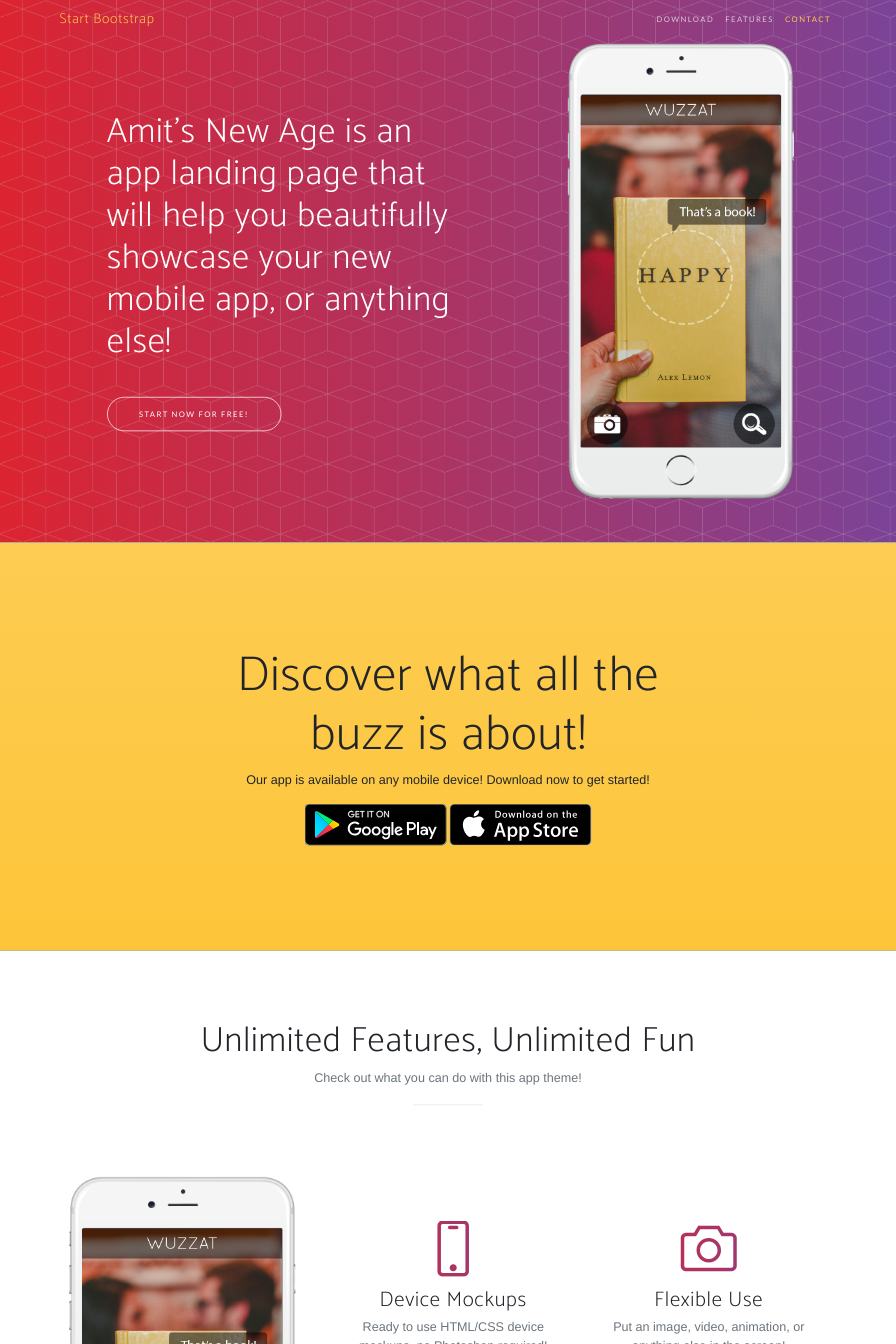
Repository: RonenAmit2/test2
Page: startbootstrap-new-age-gh-pages/index.html
The author's editor kept a copy of each file at every save. The page is drawn from the files as they stood at one save, then again after the next save.
The browser window is 1280 px wide. The pictures show the part of the page from y = 0 to 1920 px (the page is 3657 px tall), at 70% of full size.
Some web fonts or font styles are not loaded; a fallback is used.

Above is the page before, as saved 2018-08-06 18:50:22.

### startbootstrap-new-age-gh-pages/index.html
<!DOCTYPE html>
<html lang="en">

  <head>

    <meta charset="utf-8">
    <meta name="viewport" content="width=device-width, initial-scale=1, shrink-to-fit=no">
    <meta name="description" content="">
    <meta name="author" content="">

    <title>amit's site</title>

    <!-- Bootstrap core CSS -->
    <link href="vendor/bootstrap/css/bootstrap.min.css" rel="stylesheet">

    <!-- Custom fonts for this template -->
    <link rel="stylesheet" href="vendor/font-awesome/css/font-awesome.min.css">
    <link rel="stylesheet" href="vendor/simple-line-icons/css/simple-line-icons.css">
    <link href="https://fonts.googleapis.com/css?family=Lato" rel="stylesheet">
    <link href="https://fonts.googleapis.com/css?family=Catamaran:100,200,300,400,500,600,700,800,900" rel="stylesheet">
    <link href="https://fonts.googleapis.com/css?family=Muli" rel="stylesheet">

    <!-- Plugin CSS -->
    <link rel="stylesheet" href="device-mockups/device-mockups.min.css">

    <!-- Custom styles for this template -->
    <link href="css/new-age.min.css" rel="stylesheet">

  </head>

  <body id="page-top">

    <!-- Navigation -->
    <nav class="navbar navbar-expand-lg navbar-light fixed-top" id="mainNav">
      <div class="container">
        <a class="navbar-brand js-scroll-trigger" href="#page-top">Start Bootstrap</a>
        <button class="navbar-toggler navbar-toggler-right" type="button" data-toggle="collapse" data-target="#navbarResponsive" aria-controls="navbarResponsive" aria-expanded="false" aria-label="Toggle navigation">
          Menu
          <i class="fa fa-bars"></i>
        </button>
        <div class="collapse navbar-collapse" id="navbarResponsive">
          <ul class="navbar-nav ml-auto">
            <li class="nav-item">
              <a class="nav-link js-scroll-trigger" href="#download">Download</a>
            </li>
            <li class="nav-item">
              <a class="nav-link js-scroll-trigger" href="#features">Features</a>
            </li>
            <li class="nav-item">
              <a class="nav-link js-scroll-trigger" href="#contact">Contact</a>
            </li>
          </ul>
        </div>
      </div>
    </nav>

    <header class="masthead">
      <div class="container h-100">
        <div class="row h-100">
          <div class="col-lg-7 my-auto">
            <div class="header-content mx-auto">
              <h1 class="mb-5">Amit's New Age is an app landing page that will help you beautifully showcase your new mobile app, or anything else!</h1>
              <a href="#download" class="btn btn-outline btn-xl js-scroll-trigger">Start Now for Free!</a>
            </div>
          </div>
          <div class="col-lg-5 my-auto">
            <div class="device-container">
              <div class="device-mockup iphone6_plus portrait white">
                <div class="device">
                  <div class="screen">
                    <!-- Demo image for screen mockup, you can put an image here, some HTML, an animation, video, or anything else! -->
                    <img src="img/demo-screen-1.jpg" class="img-fluid" alt="">
                  </div>
                  <div class="button">
                    <!-- You can hook the "home button" to some JavaScript events or just remove it. -->
                  </div>
                </div>
              </div>
            </div>
          </div>
        </div>
      </div>
    </header>

    <section class="download bg-primary text-center" id="download">
      <div class="container">
        <div class="row">
          <div class="col-md-8 mx-auto">
            <h2 class="section-heading">Discover what all the buzz is about!</h2>
            <p>Our app is available on any mobile device! Download now to get started!</p>
            <div class="badges">
              <a class="badge-link" href="#"><img src="img/google-play-badge.svg" alt=""></a>
              <a class="badge-link" href="#"><img src="img/app-store-badge.svg" alt=""></a>
            </div>
          </div>
        </div>
      </div>
    </section>

    <section class="features" id="features">
      <div class="container">
        <div class="section-heading text-center">
          <h2>Unlimited Features, Unlimited Fun</h2>
          <p class="text-muted">Check out what you can do with this app theme!</p>
          <hr>
        </div>
        <div class="row">
          <div class="col-lg-4 my-auto">
            <div class="device-container">
              <div class="device-mockup iphone6_plus portrait white">
                <div class="device">
                  <div class="screen">
                    <!-- Demo image for screen mockup, you can put an image here, some HTML, an animation, video, or anything else! -->
                    <img src="img/demo-screen-1.jpg" class="img-fluid" alt="">
                  </div>
                  <div class="button">
                    <!-- You can hook the "home button" to some JavaScript events or just remove it -->
                  </div>
                </div>
              </div>
            </div>
          </div>
          <div class="col-lg-8 my-auto">
            <div class="container-fluid">
              <div class="row">
                <div class="col-lg-6">
                  <div class="feature-item">
                    <i class="icon-screen-smartphone text-primary"></i>
                    <h3>Device Mockups</h3>
                    <p class="text-muted">Ready to use HTML/CSS device mockups, no Photoshop required!</p>
                  </div>
                </div>
                <div class="col-lg-6">
                  <div class="feature-item">
                    <i class="icon-camera text-primary"></i>
                    <h3>Flexible Use</h3>
                    <p class="text-muted">Put an image, video, animation, or anything else in the screen!</p>
                  </div>
                </div>
              </div>
              <div class="row">
                <div class="col-lg-6">
                  <div class="feature-item">
                    <i class="icon-present text-primary"></i>
                    <h3>Free to Use</h3>
                    <p class="text-muted">As always, this theme is free to download and use for any purpose!</p>
                  </div>
                </div>
                <div class="col-lg-6">
                  <div class="feature-item">
                    <i class="icon-lock-open text-primary"></i>
                    <h3>Open Source</h3>
                    <p class="text-muted">Since this theme is MIT licensed, you can use it commercially!</p>
                  </div>
                </div>
              </div>
            </div>
          </div>
        </div>
      </div>
    </section>

    <section class="cta">
      <div class="cta-content">
        <div class="container">
          <h2>Stop waiting.<br>Start building.</h2>
          <a href="#contact" class="btn btn-outline btn-xl js-scroll-trigger">Let's Get Started!</a>
        </div>
      </div>
      <div class="overlay"></div>
    </section>

    <section class="contact bg-primary" id="contact">
      <div class="container">
        <h2>We
          <i class="fa fa-heart"></i>
          new friends!</h2>
        <ul class="list-inline list-social">
          <li class="list-inline-item social-twitter">
            <a href="#">
              <i class="fa fa-twitter"></i>
            </a>
          </li>
          <li class="list-inline-item social-facebook">
            <a href="#">
              <i class="fa fa-facebook"></i>
            </a>
          </li>
          <li class="list-inline-item social-google-plus">
            <a href="#">
              <i class="fa fa-google-plus"></i>
            </a>
          </li>
        </ul>
      </div>
    </section>

    <footer>
      <div class="container">
        <p>&copy; Your Website 2018. All Rights Reserved.....</p>
        <ul class="list-inline">
          <li class="list-inline-item">
            <a href="#">Privacy</a>
          </li>
          <li class="list-inline-item">
            <a href="#">Terms</a>
          </li>
          <li class="list-inline-item">
            <a href="#">FAQ</a>
          </li>
        </ul>
      </div>
    </footer>

    <!-- Bootstrap core JavaScript -->
    <script src="vendor/jquery/jquery.min.js"></script>
    <script src="vendor/bootstrap/js/bootstrap.bundle.min.js"></script>

    <!-- Plugin JavaScript -->
    <script src="vendor/jquery-easing/jquery.easing.min.js"></script>

    <!-- Custom scripts for this template -->
    <script src="js/new-age.min.js"></script>

  </body>

</html>

Loaded but not shown: startbootstrap-new-age-gh-pages/vendor/bootstrap/css/bootstrap.min.css (library); startbootstrap-new-age-gh-pages/vendor/font-awesome/css/font-awesome.min.css (library); startbootstrap-new-age-gh-pages/vendor/simple-line-icons/css/simple-line-icons.css (library); startbootstrap-new-age-gh-pages/device-mockups/device-mockups.min.css (library); startbootstrap-new-age-gh-pages/css/new-age.min.css (library); startbootstrap-new-age-gh-pages/vendor/jquery/jquery.min.js (library); startbootstrap-new-age-gh-pages/vendor/bootstrap/js/bootstrap.bundle.min.js (library); startbootstrap-new-age-gh-pages/vendor/jquery-easing/jquery.easing.min.js (common file); startbootstrap-new-age-gh-pages/js/new-age.min.js (common file)

After the next save:
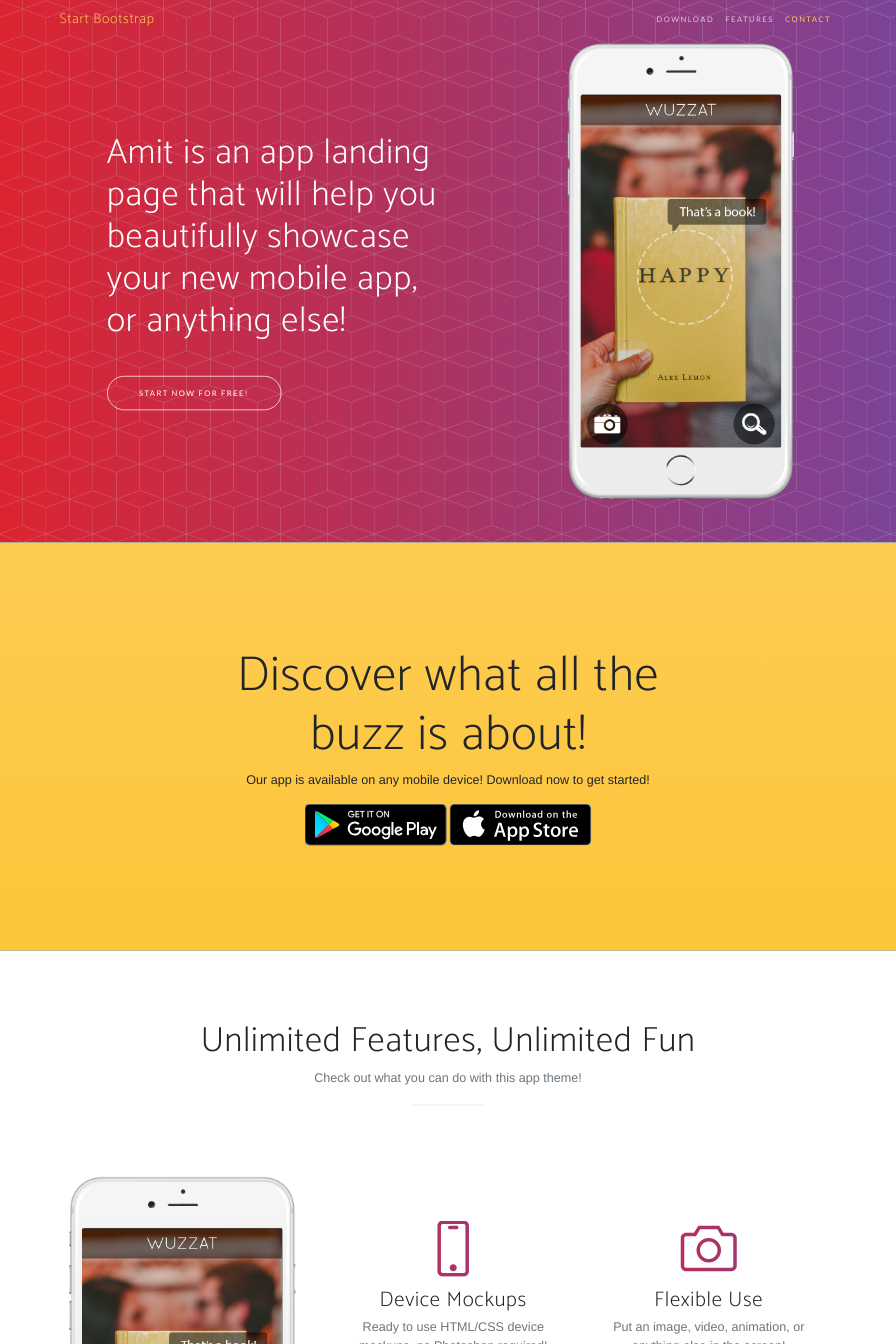
Saved 32 min 14 s later.
--- a/startbootstrap-new-age-gh-pages/index.html
+++ b/startbootstrap-new-age-gh-pages/index.html
@@ -59,7 +59,7 @@
         <div class="row h-100">
           <div class="col-lg-7 my-auto">
             <div class="header-content mx-auto">
-              <h1 class="mb-5">Amit's New Age is an app landing page that will help you beautifully showcase your new mobile app, or anything else!</h1>
+              <h1 class="mb-5">Amit is an app landing page that will help you beautifully showcase your new mobile app, or anything else!</h1>
               <a href="#download" class="btn btn-outline btn-xl js-scroll-trigger">Start Now for Free!</a>
             </div>
           </div>
